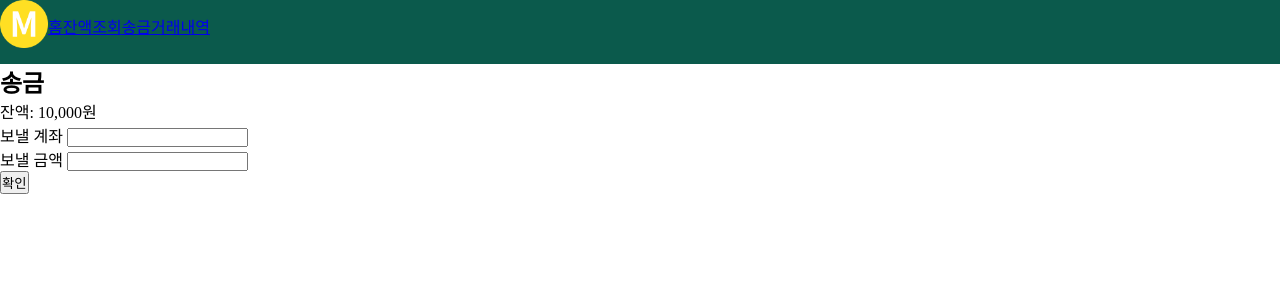
Repository: JiNookk/makaobank
Page: week06/makaoBank/transfer.html
The author's editor kept a copy of each file at every save. The page is drawn from the files as they stood at one save, then again after the next save.
The browser window is 1280 px wide. The pictures show the whole page.

Above is the page before, as saved 2022-09-13 14:12:06.

### week06/makaoBank/transfer.html
<!DOCTYPE html>
<html lang="ko">
    <head>
        <meta charset="UTF-8">
        <title>마카오 뱅크</title>
        <!-- <link rel="favicon for makaoBank" href="./resources/logo.png"> favicon나중에 넣어보기-->
        <link rel="stylesheet" href="./css/reset.css">
        <link rel="stylesheet" href="./css/layout.css">
        <link rel="stylesheet" href="./css/elements.css">
    </head>
    <body>
        <header>
            <section >
                <nav id="nav-item-container">
                    <a href="./index.html">
                        <img id="home-logo" alt="makaoBank home Button" src="./resources/logo.png">
                    </a>
                    <a href="./index.html">홈</a>
                    <a href="./amount.html">잔액조회</a>
                    <a href="./transfer.html">송금</a>
                    <a href="./transaction.html">거래내역</a>
                 </nav>
            </section>
        </header>
        <main>
            <section>
                <h1>송금</h1>
                <p>
                    잔액: 10,000원
                </p>
                <form action="" method="get">
                    <div>
                        <label for="account">보낼 계좌</label>
                        <input type="account" value="">
                    </div>

                    <div>
                        <label for="amount">보낼 금액</label>
                        <input type="amount" value="">
                    </div>

                    <div>
                        <button type="submit">확인</button>
                    </div>

                </form>
            </section>
        </main>
    </body>
</html>

### week06/makaoBank/css/reset.css
* {
    box-sizing: border-box;
    margin: 0px;
    padding: 0px;
}

### week06/makaoBank/css/layout.css
header{
    height: 4rem;
    background-color: rgb(11,90,76);
    display: block;
}

### week06/makaoBank/css/elements.css
/* aside>div{
    background-image: url("../resources/saving.png");
    width: 100%;
    height: 100%;
} */

#nav-item-container{
    display: flex;

    align-items: center;
}

#home-logo{
    height: 3rem;
}

After the next save:
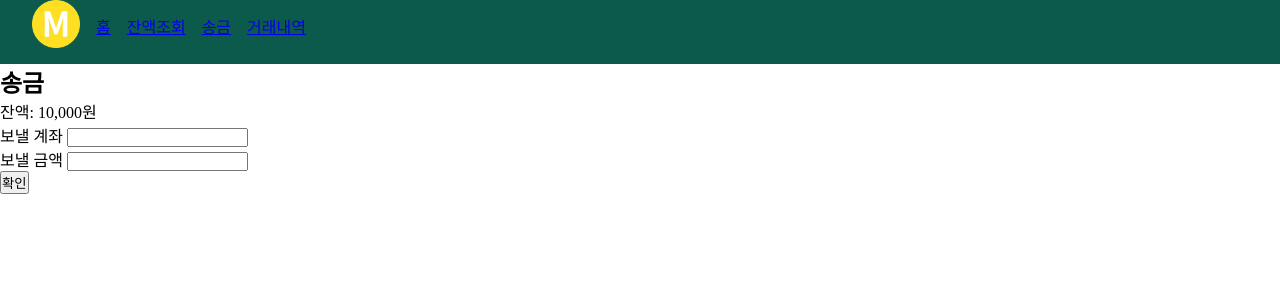
Saved 60 s later.
--- a/week06/makaoBank/css/elements.css
+++ b/week06/makaoBank/css/elements.css
@@ -10,6 +10,11 @@
     align-items: center;
 }
 
+#nav-item-container *{
+    margin-left: 1rem;
+}
+
+
 #home-logo{
     height: 3rem;
 }
